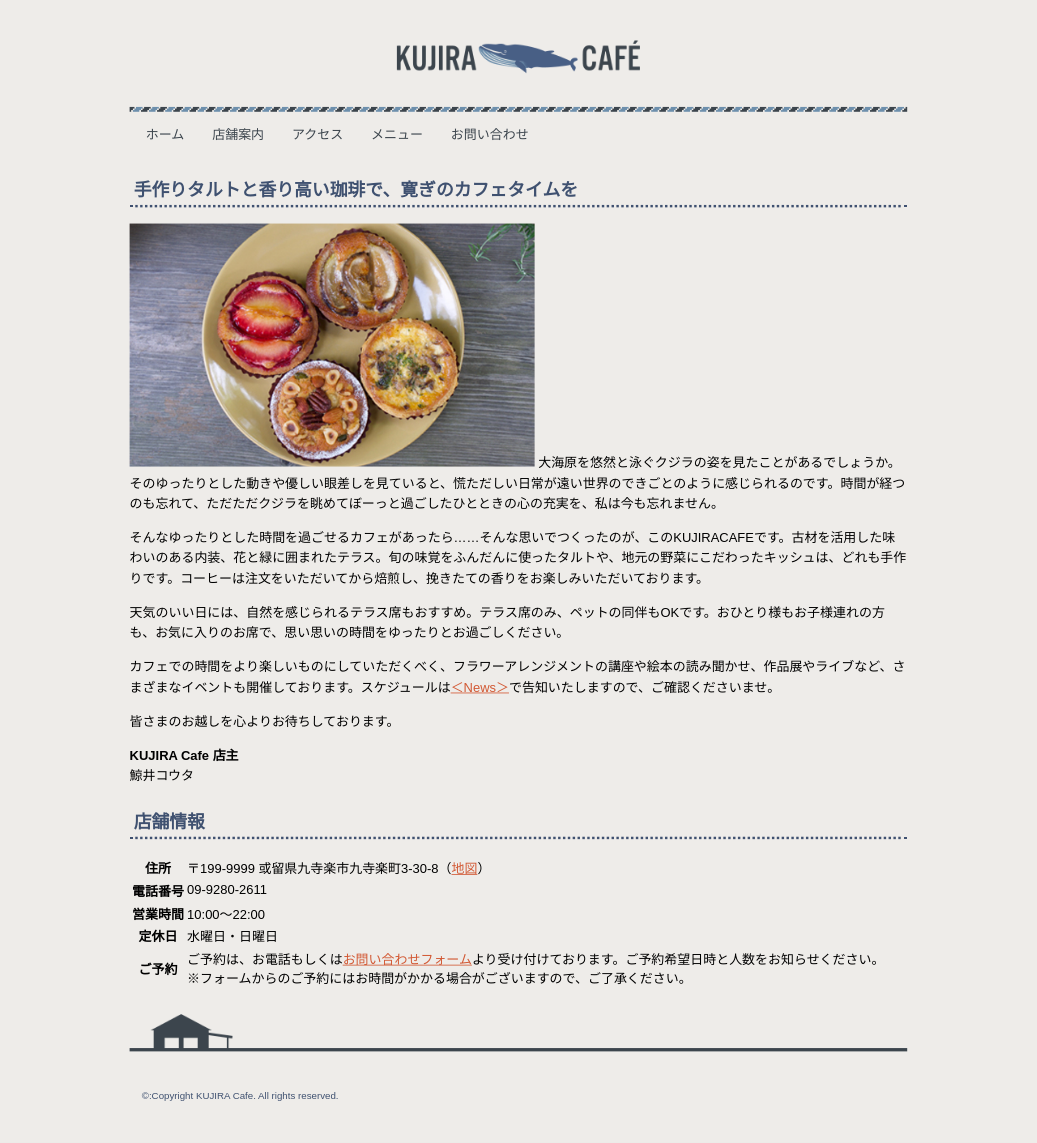
Repository: U-dias/work3
Page: cafe/about.html
The author's editor kept a record of every edit. The page is drawn from the files as they stood at one moment, then again after the next edit.
The browser window is 1280 px wide. The pictures show the whole page, at 81% of full size.

Above is the page before.

### cafe/about.html
<!doctype html>
<html>
  <head>
  <meta charset="utf-8">
  <title>KUJIRA Cafeについて | KUJIRA Cafe</title>
  <link rel="stylesheet" href="css/style.css">
  </head>
  <body>
    <div class="wrapper">
      <!--ヘッダー-->
        <header class="hearder">
          <h1 class="logo"> <a href="index.html"><img src="images/logo.png" alt="KUJIRA Cafe"></a></h1>
          <nav class="nav">
              <ul>
                <li><a href="index.html">ホーム</a></li>
                <li><a href="about.html">店舗案内</a></li>
                <li><a href="access,html">アクセス</a></li>
                <li><a href="menu.html">メニュー</a></li>
                <li><a href="contact.html">お問い合わせ</a></li>

              </ul>
          </nav>
        </header>
        <!--ヘッダーここまで-->
        <!--メイン-->

        <main>
          <h2>手作りタルトと香り高い珈琲で、寛ぎのカフェタイムを</h2>
          <p><img src="images/about-photo.jpg" alt="タルトの写真">
          大海原を悠然と泳ぐクジラの姿を見たことがあるでしょうか。そのゆったりとした動きや優しい眼差しを見ていると、慌ただしい日常が遠い世界のできごとのように感じられるのです。時間が経つのも忘れて、ただただクジラを眺めてぼーっと過ごしたひとときの心の充実を、私は今も忘れません。</p>
          <p>
            そんなゆったりとした時間を過ごせるカフェがあったら……そんな思いでつくったのが、このKUJIRACAFEです。古材を活用した味わいのある内装、花と緑に囲まれたテラス。旬の味覚をふんだんに使ったタルトや、地元の野菜にこだわったキッシュは、どれも手作りです。コーヒーは注文をいただいてから焙煎し、挽きたての香りをお楽しみいただいております。</p>
          <p>天気のいい日には、自然を感じられるテラス席もおすすめ。テラス席のみ、ペットの同伴もOKです。おひとり様もお子様連れの方も、お気に入りのお席で、思い思いの時間をゆったりとお過ごしください。</p>
          <p>カフェでの時間をより楽しいものにしていただくべく、フラワーアレンジメントの講座や絵本の読み聞かせ、作品展やライブなど、さまざまなイベントも開催しております。スケジュールは<a href="index.html#news">＜News＞</a>で告知いたしますので、ご確認くださいませ。</p>
          <p>皆さまのお越しを心よりお待ちしております。</p>

          <p><strong>KUJIRA Cafe 店主</strong><br>
          鯨井コウタ</p>


          <h2>店舗情報</h2>
          <table>
            <tr>
              <th>住所</th>
              <td>〒199-9999 或留県九寺楽市九寺楽町3-30-8（<a href="access.html">地図</a>）</td>

            </tr>
            <tr>
            <th>電話番号</th>
            <td>09-9280-2611</td></tr>

            <tr>
            <th>営業時間</th>
            <td>10:00～22:00</td></tr>

            <tr>
            <th>定休日</th>
            <td>水曜日・日曜日</td></tr>

            <tr>
            <th>ご予約</th>
            <td>ご予約は、お電話もしくは<a href="contact.html">お問い合わせフォーム</a>より受け付けております。ご予約希望日時と人数をお知らせください。<br>
            ※フォームからのご予約にはお時間がかかる場合がございますので、ご了承ください。</td>
            </tr>

          </table>

      </main>
      <!--メインここまで-->
      <!--フッター-->
      <footer class="footer">
        <p>&copy:Copyright KUJIRA Cafe. All rights reserved.</p>
      </footer>
      <!--フッターここまで-->
</div>
  </p>
  </body>
</html>

### cafe/css/style.css

/*全てのページに適用*/
html { font-family: sans-serif; }
html * { box-sizing: border-box; }
body { margin: 0 0 0 0;
          background-color: #eeece9; }
.wrapper {margin:0 auto 0 auto;
          max-width:960px;}
h2 { color: #3f5170;
     font-size: 22px ;
     border-bottom: 3px dotted #3f5170;
     margin-top: 20px;
     margin-right: 0px;
     margin-bottom: 20px;
     margin-left: 0px;
     padding-top: 5px;
     padding-right: 5px;
     padding-bottom: 5px;
     padding-left: 5px;
     }
p { line-height: 1.6;}
a:link { color: #d25833;}
a:visited { color:#d25833;}
a:hover { color:#e3937a;}
a:active {color:#ff6a3b;}
img { max-width:100%;
      height:auto;}

/*全てのヘッダーに適用する*/
.logo {margin: 50px 0 40px 0;
line-height: 0;
text-align: center;}

.nav li { display: inline;
          list-style-type:none;
          padding-right: 30px;}

.nav ul { margin: 0 0 0 0;
          padding: 20px 10px 15px 20px;
          background-image: url(../images/menu-bg.png);
          background-repeat: repeat-x;}

.nav a:link{ color: #3c454d;
               text-decoration: none;}
.nav a:visited{ color:#3c454d;
                    text-decoration: none;}
.nav a:hover{ color:#7b8dac;
               text-decoration:none;}
.nav a:active {color:#5a9bcd;
               text-decoration:none;}

/*全てのフッターに適用*/
.footer { background-image:url(../images/footer-bg.png);
          background-repeat:no-repeat;
          margin-top:30px;
          padding:80px 15px 20px 15px;
          font-size: 12px;
          color: #3f5170;}

/*個別スタイル*/
/*index.html*/
.keyvisual { margin: 15px 0 0 0;}
.news-item { margin: 0;}

/*about.html*/
.shop-photo { float: left;
              padding: 0 1em 1em 0;}

.clear { clear: both;}

/*テーブル*/
.info { border-collapse: collapse;}
.info th, .info td { padding: 8px;
                     border: 1px solid #bec27c;
                     text-align: left;}
.info th { background-color: #dde2ea;
           width: 90px;
           color: #3f5170;
           vertical-align: top;}

/*menu.index*/
.menu-item { display: flex;
             border-bottom: 1px dashed #bec2c7;
             padding: 20px 8px;}
.menu-photo { margin-left: 16px;
              flex: 1 1 auto;}
.menu-text { flex: 0 0 336px;}

/*map.html*/
.map { text-align: center;}

/*contact.html*/
form div {
    padding:12px;
    border-bottom: 1px dashed #bec2c7;
}
select {
    width:30em;
}
input[name="subject"] {
    width: 30em;
}
textarea {
    width:30em;
    height:6em;
}
input[type="submit"] {
    margin:20px 0;
    width:30em;
}

/*スマホ向けcss*/
@media (max-width: 767px) {
  /*全体ーナビゲーション*/
  .wrapper {margin:0 8px;}
  .logo {margin:30px 0;}
  .logo img {width:200px;}
  .nav {background-color: #dfddda;}
  .nav li{display:block;}

  /*menu.html - 横並び解除*/
  .menu-item { display:block;}
  .menu-photo { margin-right:0;
                width:100%;}
  .menu-text { width:100%;}

  /*about.html - 画像のパディング調整*/
  .shop-photo { padding-right:0;}

  /*contact.html - フォーム*/
  select {width:100%;}
  input[name="subject"]{width:100%;}
  textarea{width:100%;}
  input[type="submit"]{margin:20px 0;
                        width:100%;}
}

After the next edit:
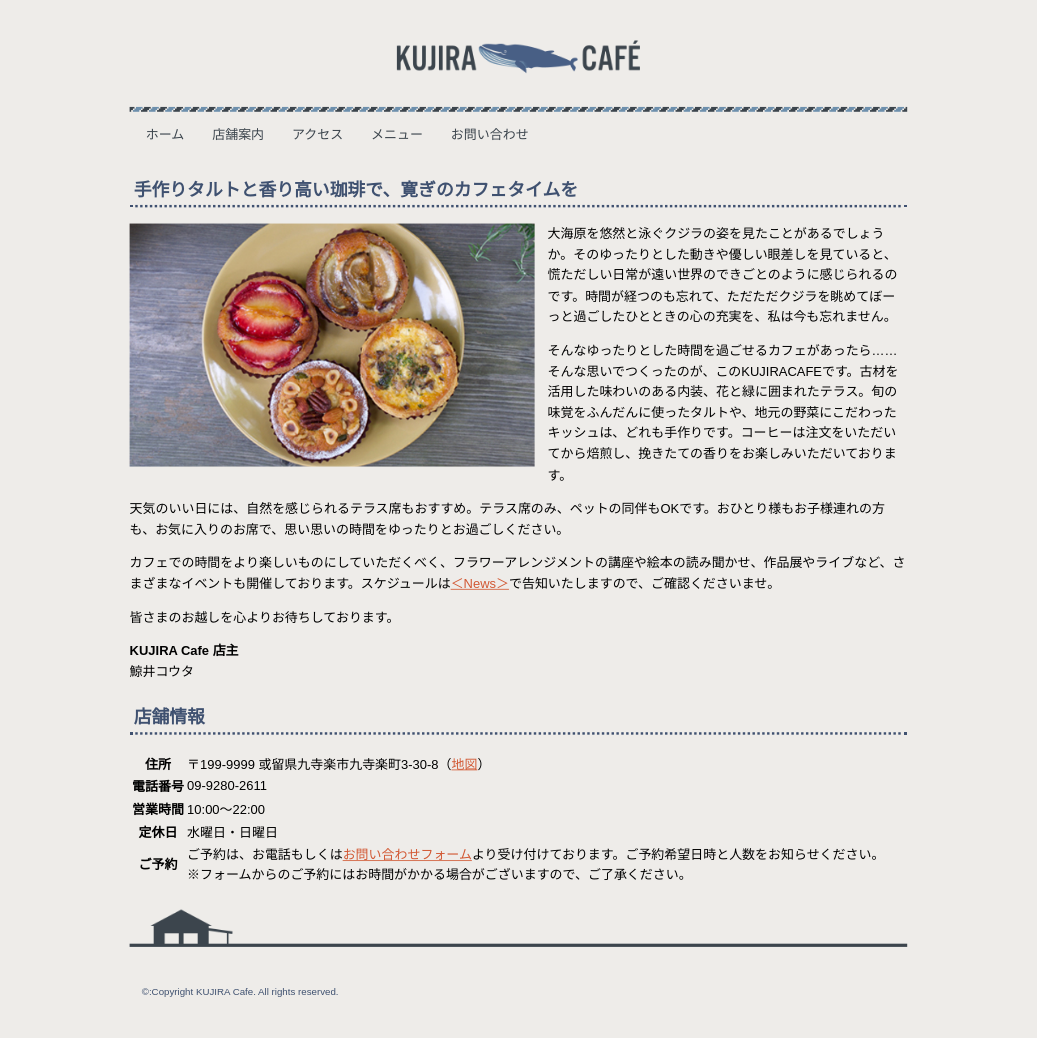
The edit:
--- a/cafe/about.html
+++ b/cafe/about.html
@@ -26,7 +26,7 @@
 
         <main>
           <h2>手作りタルトと香り高い珈琲で、寛ぎのカフェタイムを</h2>
-          <p><img src="images/about-photo.jpg" alt="タルトの写真">
+          <p><img src="images/about-photo.jpg" alt="タルトの写真" class="shop-photo">
           大海原を悠然と泳ぐクジラの姿を見たことがあるでしょうか。そのゆったりとした動きや優しい眼差しを見ていると、慌ただしい日常が遠い世界のできごとのように感じられるのです。時間が経つのも忘れて、ただただクジラを眺めてぼーっと過ごしたひとときの心の充実を、私は今も忘れません。</p>
           <p>
             そんなゆったりとした時間を過ごせるカフェがあったら……そんな思いでつくったのが、このKUJIRACAFEです。古材を活用した味わいのある内装、花と緑に囲まれたテラス。旬の味覚をふんだんに使ったタルトや、地元の野菜にこだわったキッシュは、どれも手作りです。コーヒーは注文をいただいてから焙煎し、挽きたての香りをお楽しみいただいております。</p>
